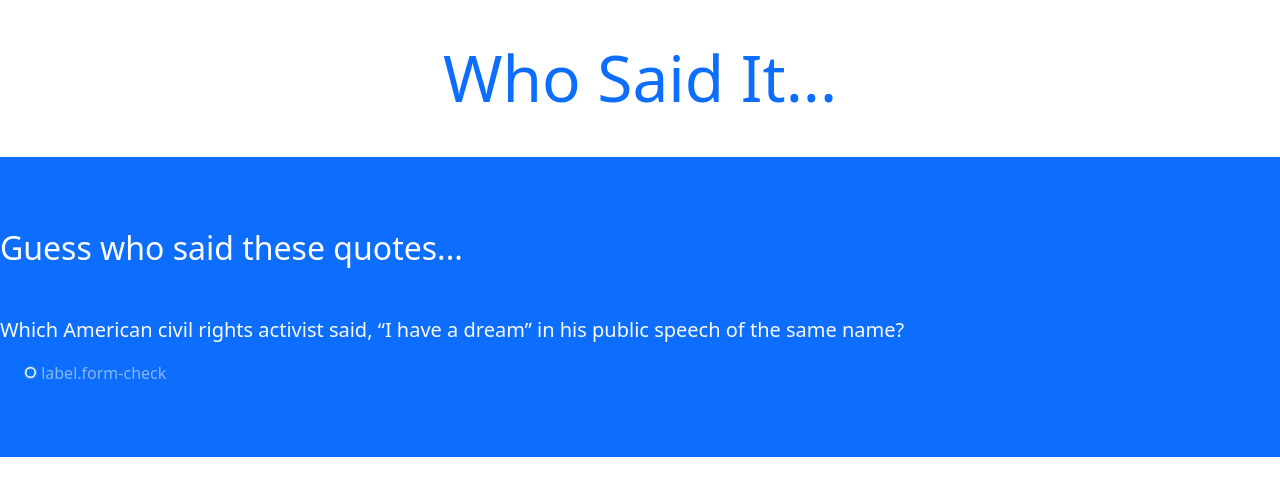
Repository: julihocc/Presentation-02-Forms-with-vanilla-JS
Page: index.html
The author's editor kept a copy of each file at every save. The page is drawn from the files as they stood at one save, then again after the next save.
The browser window is 1280 px wide. The pictures show the whole page.

Above is the page before, as saved 2022-09-27 13:43:28.

### index.html
<!-- step 0.1: create HTML5 template -->
<!DOCTYPE html>
<html lang="en">

<head>
    <meta charset="UTF-8">
    <meta http-equiv="X-UA-Compatible" content="IE=edge">
    <meta name="viewport" content="width=device-width, initial-scale=1.0">

    <!-- step 0.4: include bootstrap -->
    <!-- CSS only -->
    <link href="https://cdn.jsdelivr.net/npm/bootstrap@5.2.1/dist/css/bootstrap.min.css" rel="stylesheet"
        integrity="sha384-iYQeCzEYFbKjA/T2uDLTpkwGzCiq6soy8tYaI1GyVh/UjpbCx/TYkiZhlZB6+fzT" crossorigin="anonymous">

    <!-- step 0.2: change title -->
    <title>Who Said It...</title>
</head>

<body>

    <!-- step 1.1 top section -->
    <div class="intro py-3 bg-white text-center">
        <div class="container">
            <h2 class="text-primary display-3 my-4">
                Who Said It...
            </h2>
        </div>
    </div>

    <!-- step 1.4: quiz section -->
    <div class="quiz py-4 bg-primary">
        <div class="containter">
            <h2 class="my-5 text-white">
                Guess who said these quotes...
            </h2>
            <!-- step 1.5: create form -->
            <form class="quiz-form text-light">
                <!-- step 1.6: create containers for each question -->
                <!-- step 1.6.1 question #1-->
                <div class="my-5">
                    <p class="lead font-weight-normal">
                        Which American civil rights activist said, “I have a dream” in his public speech of the same name?
                    </p>
                    <!-- step 1.6.2 answer to question 1 -->
                    <div class="form-check my-2 text-white-50">
                        <input type="radio" name="q1" value="A" checked>
                        label.form-check
                    </div>
                </div>
            </form>
        </div>
    </div>

    <!-- step 0.3: link js -->
    <script src="app.js"></script>
</body>

</html>

Loaded but not shown: app.js (no copy from this time; the picture is the same without it)

After the next save:
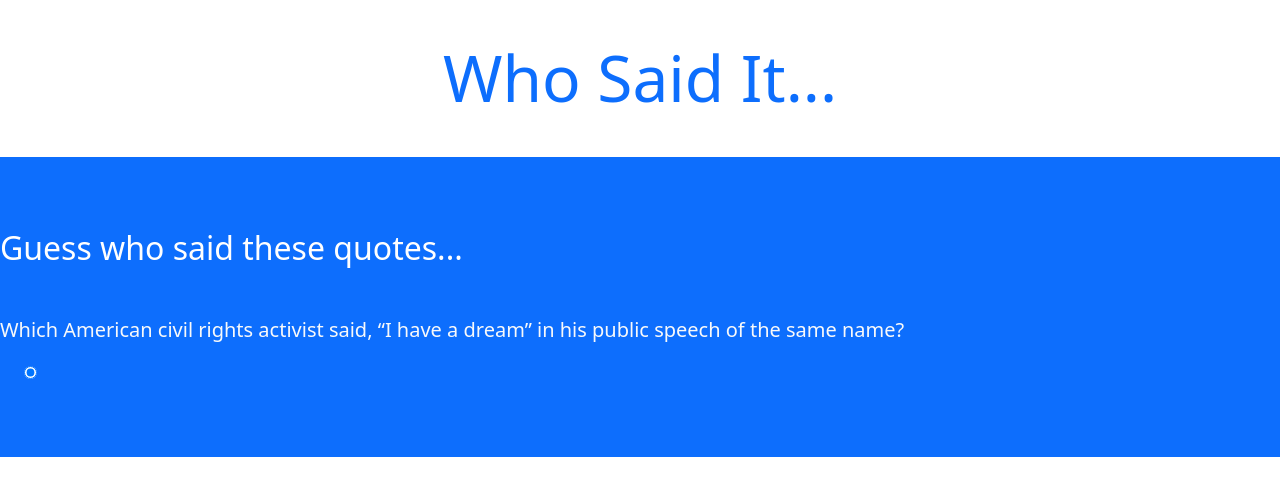
Saved 4 s later.
--- a/index.html
+++ b/index.html
@@ -44,7 +44,7 @@
                     <!-- step 1.6.2 answer to question 1 -->
                     <div class="form-check my-2 text-white-50">
                         <input type="radio" name="q1" value="A" checked>
-                        label.form-check
+                        <label for="" class="form-check-label"></label>
                     </div>
                 </div>
             </form>
